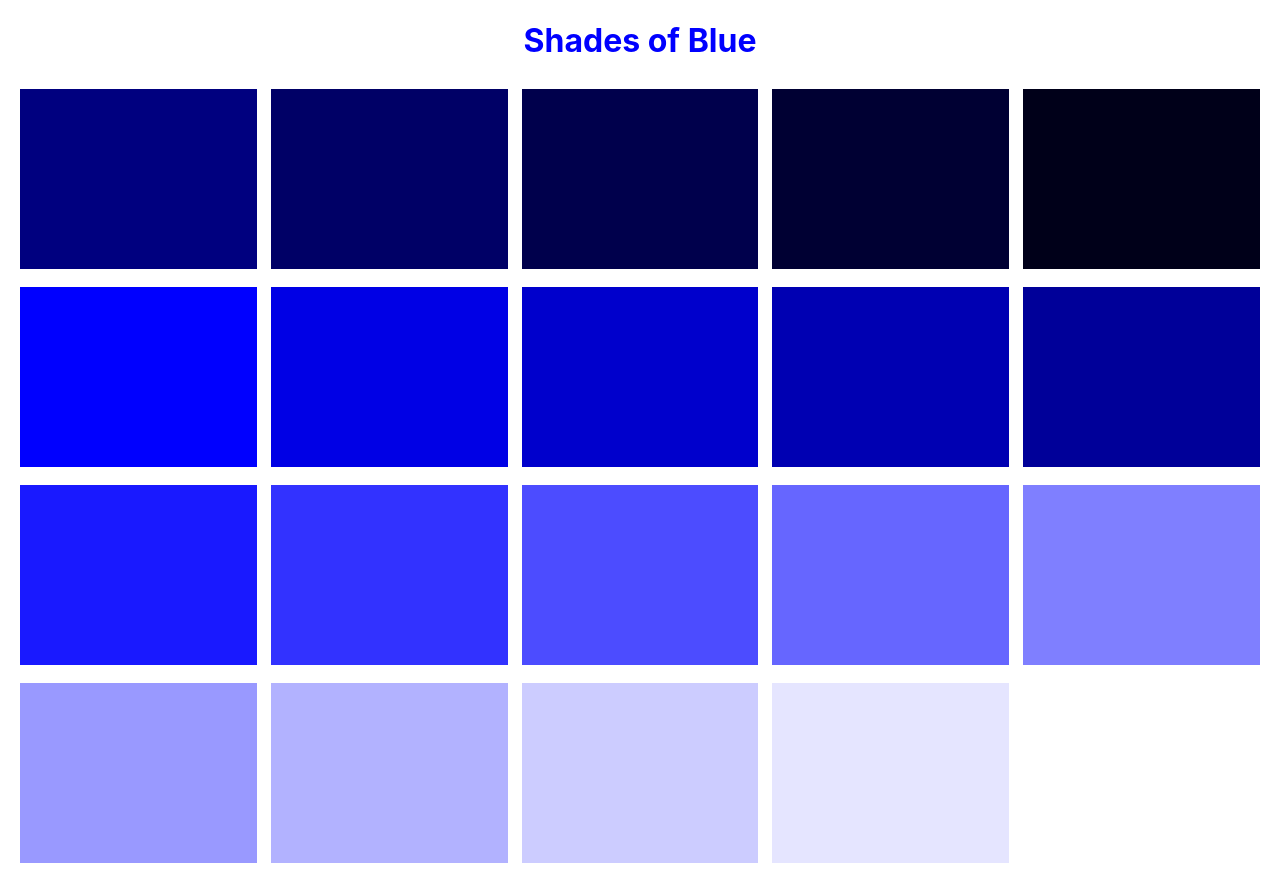
Repository: johnmutina/shades_of_blue
Page: /
These files come from the project's save history. The page is drawn as it stood at one moment and after the next save; the edit follows.
The browser window is 1280 px wide. The pictures show the whole page.
The project was rebuilt for these pictures with package versions that can differ from the ones it lists, and the page was loaded fresh each time.

Above is the page before, as saved 2019-06-22 15:17:46.

After the next save:
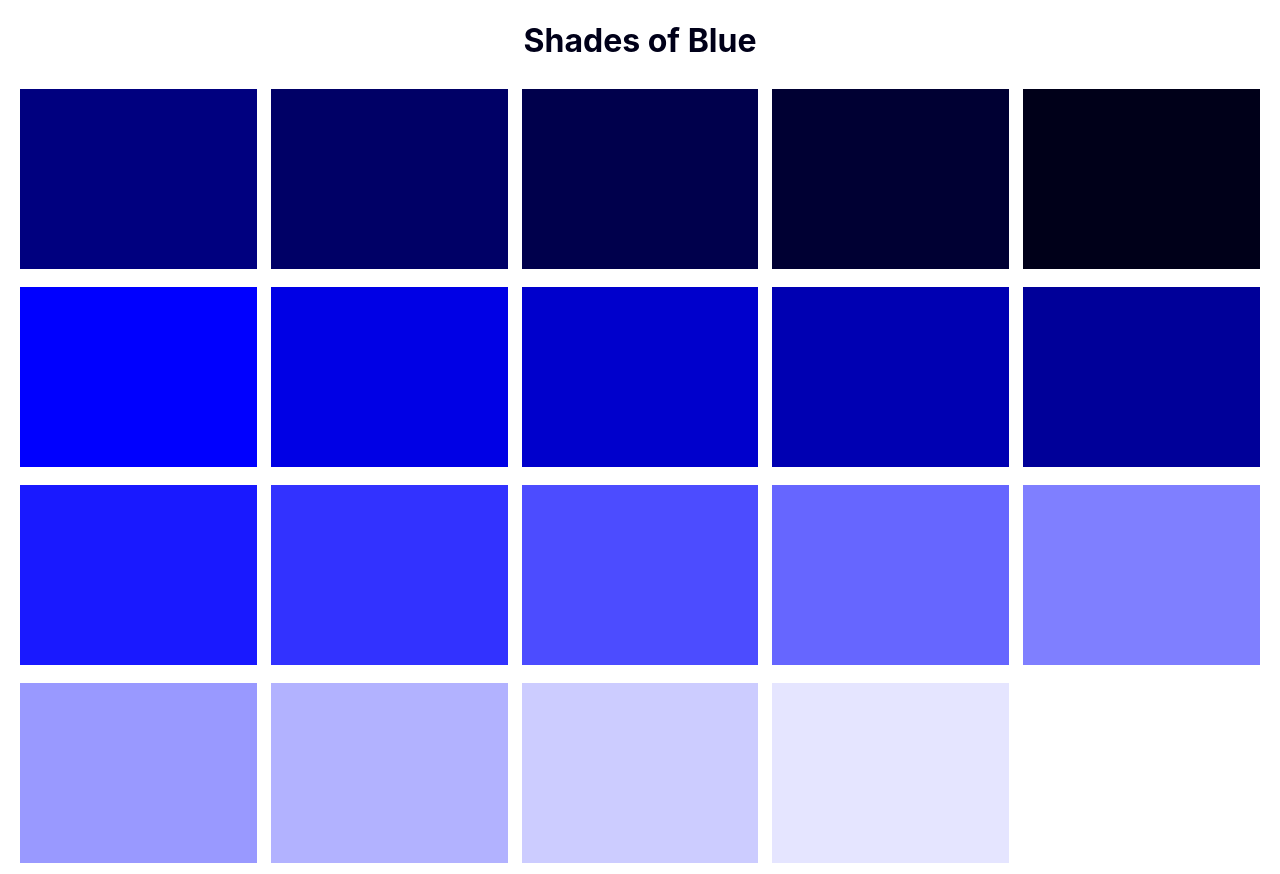
Saved 5 s later.
--- a/src/ColorBoxes.css
+++ b/src/ColorBoxes.css
@@ -1,3 +1,3 @@
 .ColorBoxes-title {
-    color: #0000ff;
+    color: #000019;
 }
